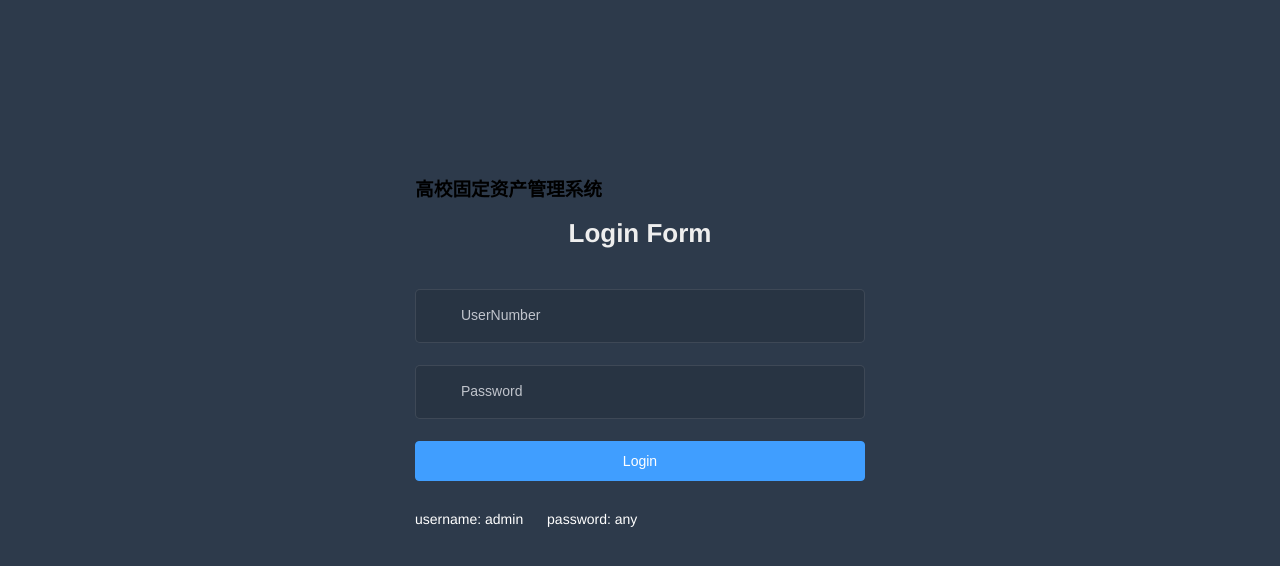
Repository: LoserFeng/SFAMS_front
Page: /
An editor plug-in stored every save of this project. The page is shown before and after the next save, followed by the edit.
The browser window is 1280 px wide. The pictures show the whole page.
The project was rebuilt for these pictures with package versions that can differ from the ones it lists, and the page was loaded fresh each time. Also part of the build but not shown: vue.config.js, src/components/Breadcrumb/index.vue, src/components/Hamburger/index.vue, src/layout/components/Navbar.vue, src/layout/components/Sidebar/Logo.vue, src/layout/components/Sidebar/Item.vue, src/layout/components/Sidebar/Link.vue, src/layout/components/Sidebar/FixiOSBug.js and 7 more. Imported but missing from the stored project, and not drawn on this page: src/api/user.

Above is the page before, as saved 2023-09-25 21:01:22.

After the next save:
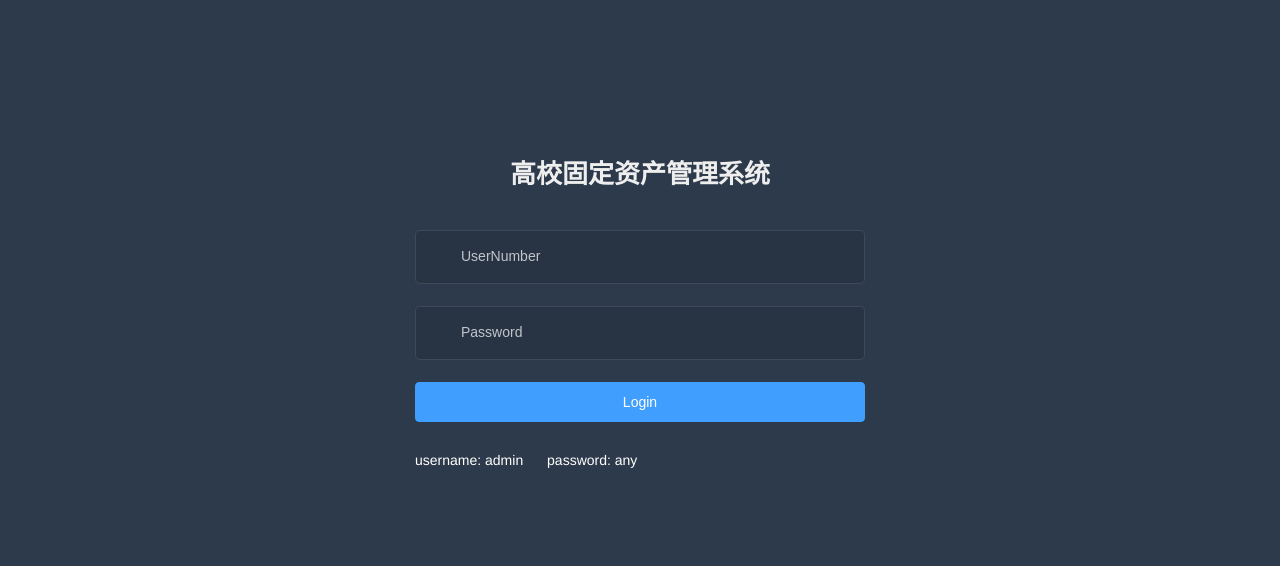
Saved 56 s later.
--- a/src/views/login/index.vue
+++ b/src/views/login/index.vue
@@ -1,9 +1,9 @@
 <template>
   <div class="login-container">
     <el-form ref="loginForm" :model="loginForm" :rules="loginRules" class="login-form" auto-complete="on" label-position="left">
-      <h3 class="title">高校固定资产管理系统</h3>
+
       <div class="title-container">
-        <h3 class="title">Login Form</h3>
+        <h3 class="title">高校固定资产管理系统</h3>
       </div>
 
       <el-form-item prop="userNumber">
